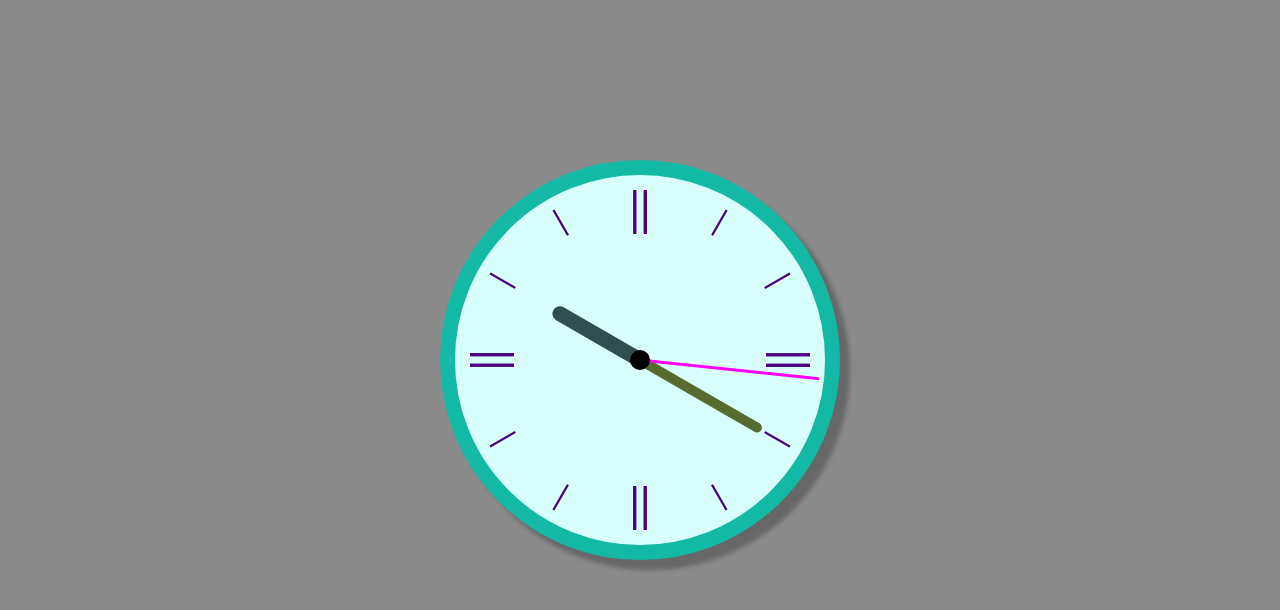
Repository: ChenWarren/web-clock
Page: index.html
The author's editor kept a copy of each file at every save. The page is drawn from the files as they stood at one save, then again after a run of saves.
The browser window is 1280 px wide. The pictures show the whole page.

Above is the page before, as saved 2021-03-19 10:09:44.

After the next 2 saves:
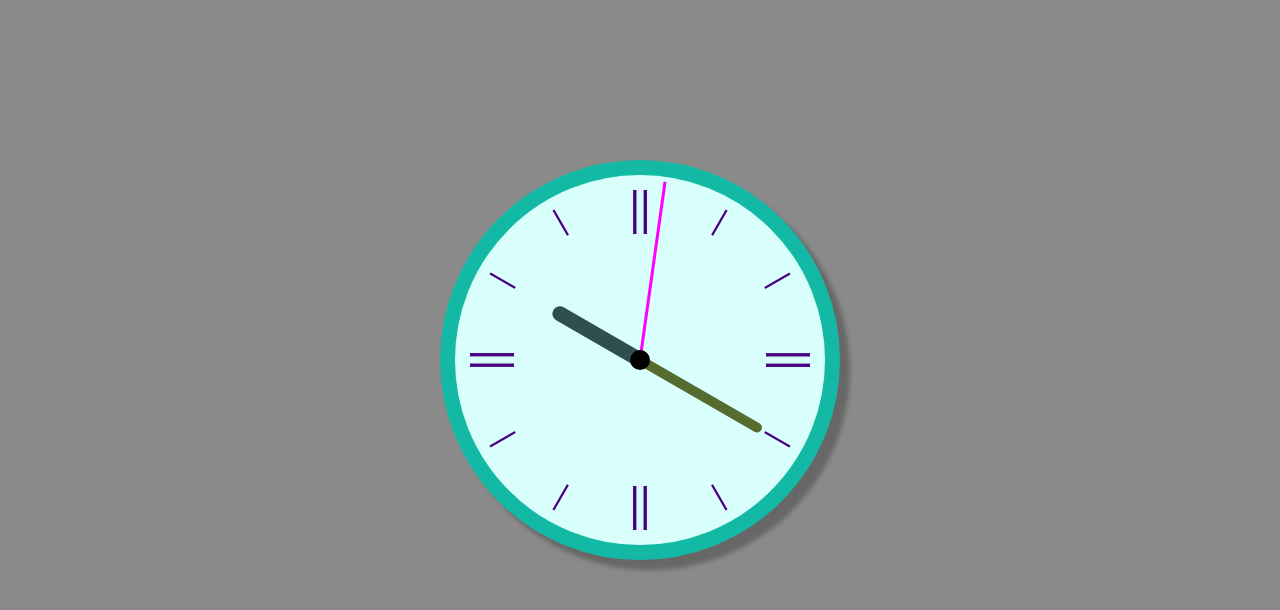
The 2 saves are shown as one change because they came seconds apart.
The last was saved 84 s later.
--- a/clock.js
+++ b/clock.js
@@ -13,7 +13,7 @@ function setClock()
 
     let hourDeg = hourRetio * 360 + 'deg'
     let minuteDeg = minuteRetio * 360 + 'deg'
-    let secondDeg = secondRetio * 720 + 'deg'
+    let secondDeg = secondRetio * 60 + 'deg'
 
     hour.style.setProperty('--rotation', hourDeg)
     minute.style.setProperty('--rotation', minuteDeg)
